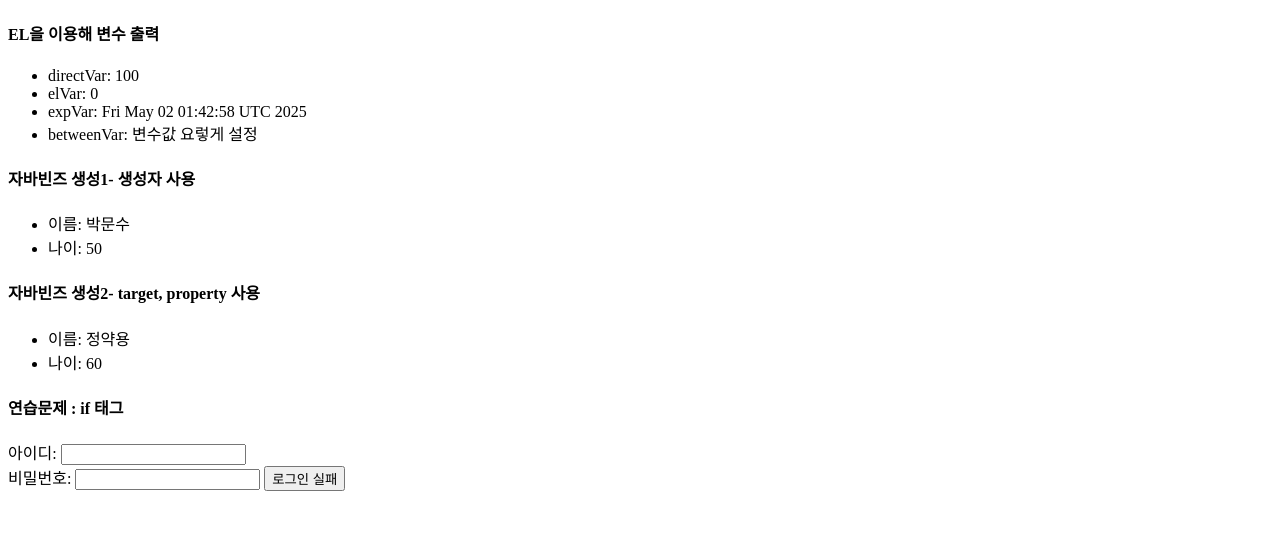
Repository: Motibidu/JSP_Servlet
Page: http://localhost/MushHaveJsp/11JSTL/core/Set1.jsp
An editor plug-in stored every save of this project. The page is shown before and after the next save, followed by the edit.
The browser window is 1280 px wide. The pictures show the whole page.
The page is served by Tomcat 10.

Above is the page before, as saved 2025-05-13 01:35:48.

After the next save:
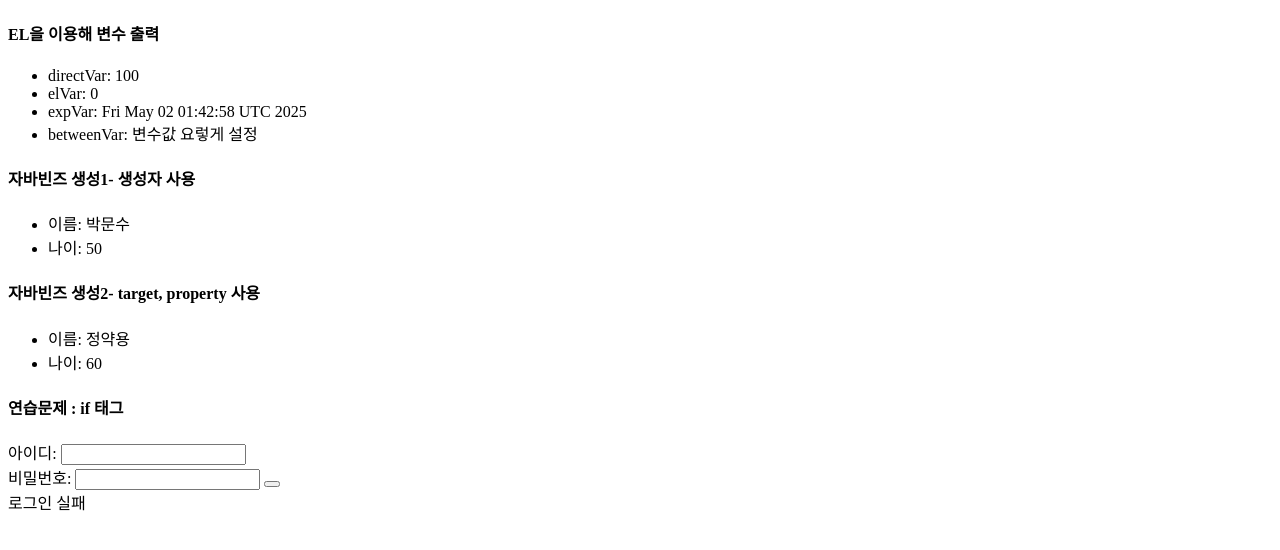
Saved 21 s later.
--- a/MushHaveJsp/src/main/webapp/11JSTL/core/Set1.jsp
+++ b/MushHaveJsp/src/main/webapp/11JSTL/core/Set1.jsp
@@ -55,7 +55,7 @@
 	     <label for= "pwd">비밀번호: </label>
 	     <input type="text" id= "pwd" name= "user"/>
 
-	     <button type= "submit" />
+	     <button type= "submit"></button>
      </form>
 
      <c:if test= "${ not empty param.user }">
